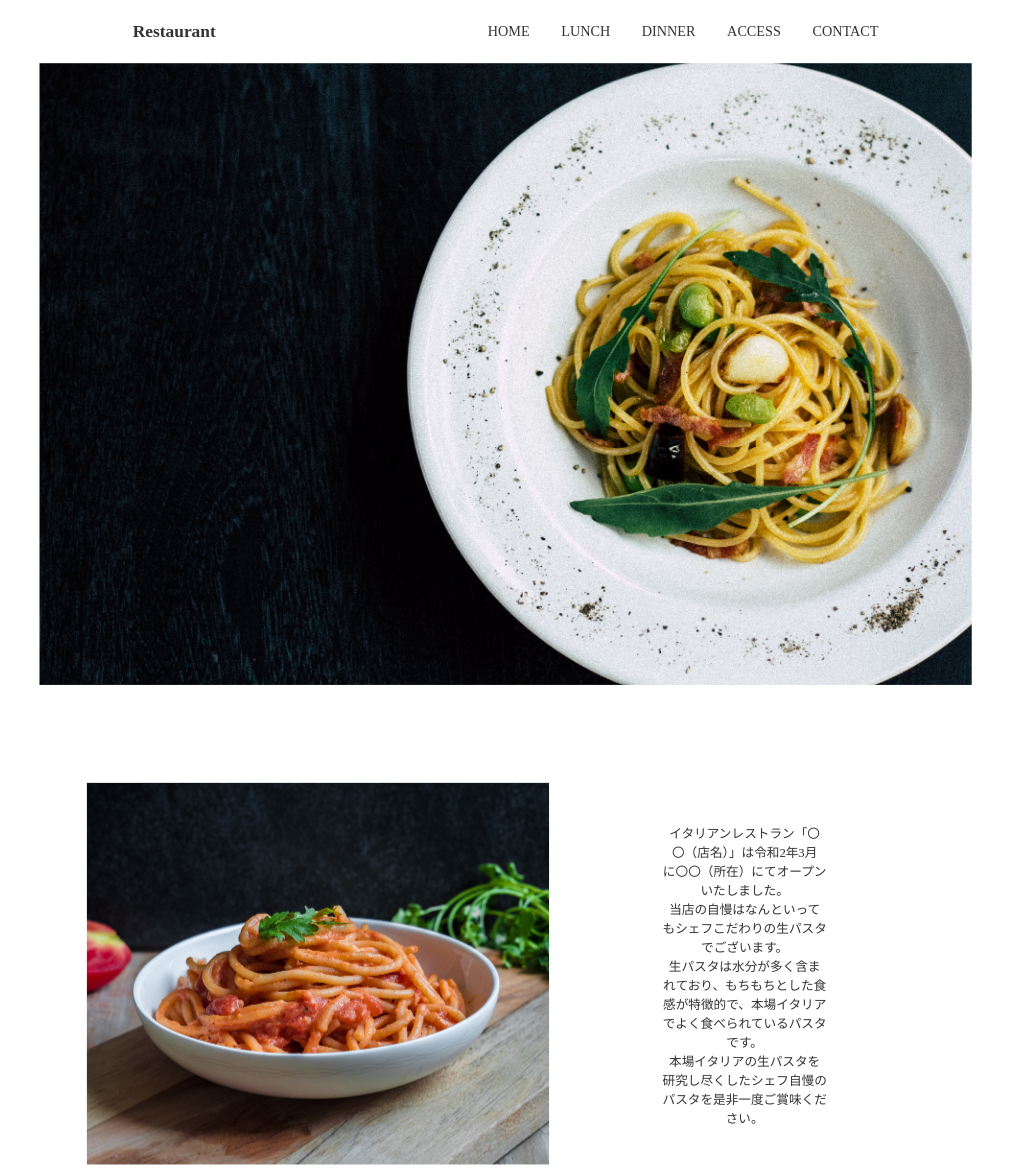
Repository: konatsu-0806/demo-site
Page: FromFigma/index.html
These files come from the project's save history. The page is drawn as it stood at one moment and after a run of saves; the edit follows.
The browser window is 1280 px wide. The pictures show the whole page, at 79% of full size.

Above is the page before, as saved 2023-02-08 17:13:38.

After the next 4 saves:
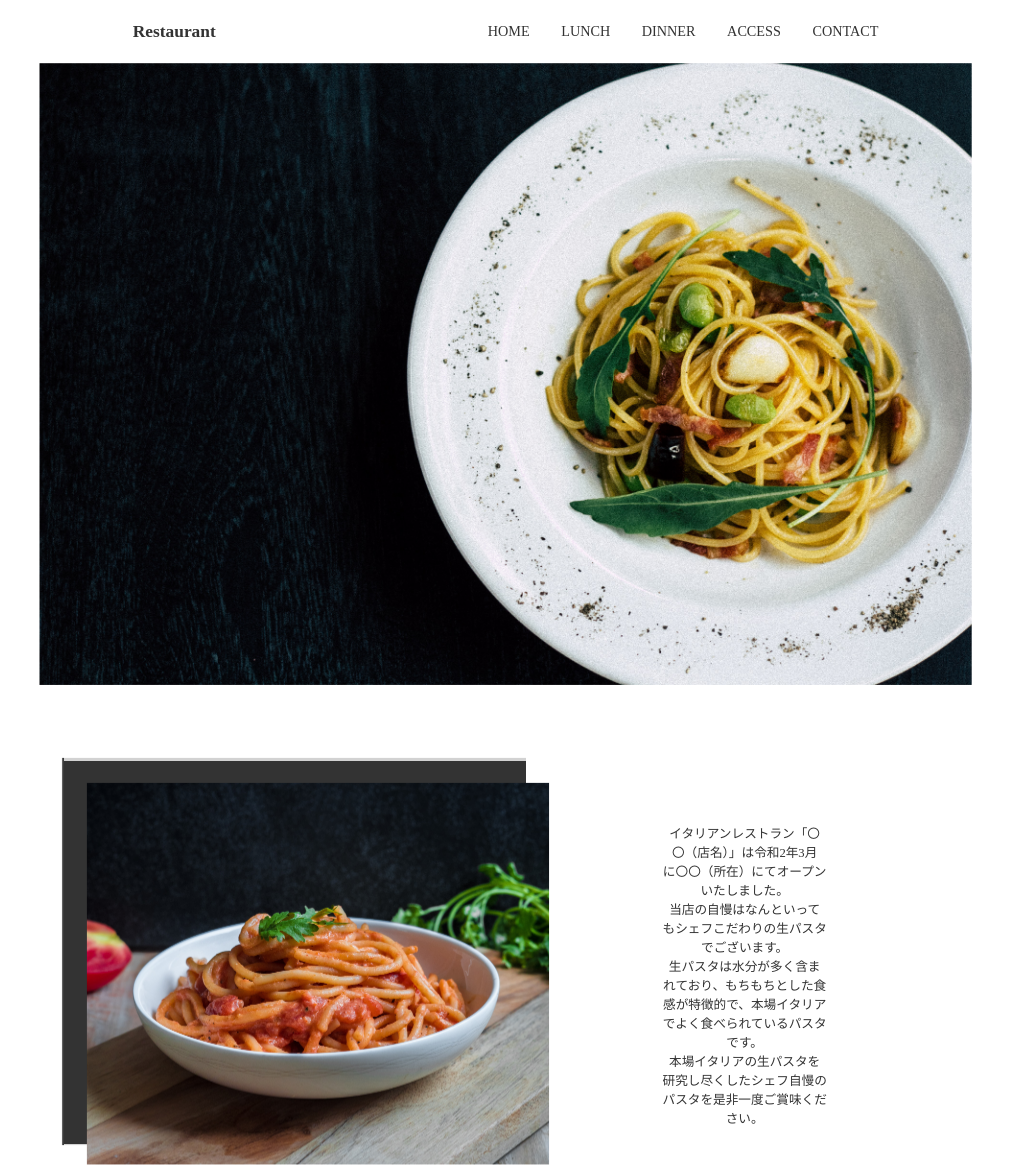
The 4 saves are shown as one change because they came seconds apart.
The last was saved 13 s later.
--- a/FromFigma/css/style.css
+++ b/FromFigma/css/style.css
@@ -132,7 +132,7 @@
 .intro_img {
     width: 55%;
     margin: auto;
-    box-shadow: ;
+    box-shadow: -30px -30px 1px 1px ;
 }
 .intro_sentence {
     width: 45%;

After the 4 saves that followed:
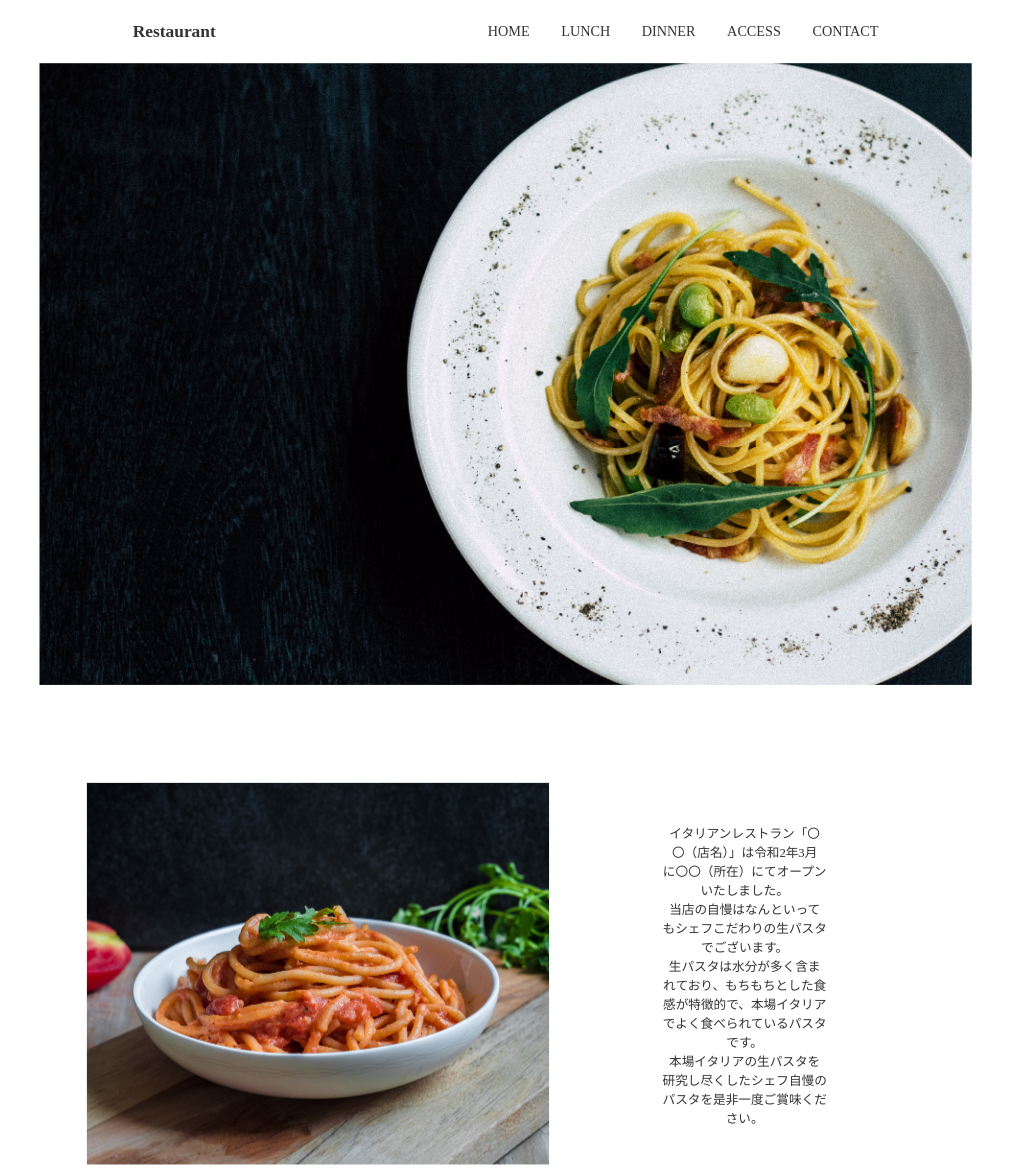
The 4 saves are shown as one change because they came seconds apart.
The last was saved 12 s later.
--- a/FromFigma/css/style.css
+++ b/FromFigma/css/style.css
@@ -132,7 +132,7 @@
 .intro_img {
     width: 55%;
     margin: auto;
-    box-shadow: -30px -30px 1px 1px ;
+    box-shadow: -30px -30px 1px 1px rgba(0, 0green, blue, alpha);
 }
 .intro_sentence {
     width: 45%;
